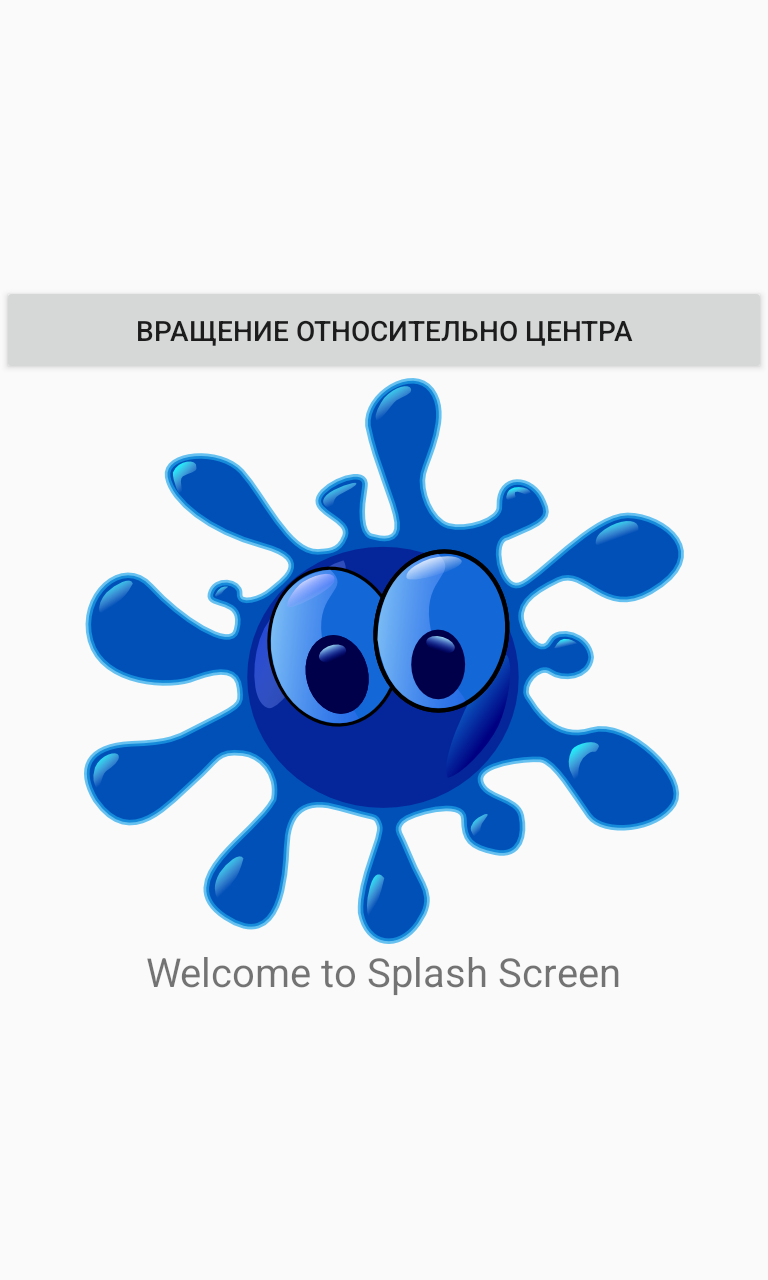
Repository: AlvaroCortez/Assigment1
Layout: SplashScreen/res/layout/activity_main.xml
The author's editor kept a copy of each file at every save. The layout is drawn from the files as they stood at one save, then again after the next save.
It is drawn on a 768 x 1280 px phone screen (xhdpi) without system bars, with theme AppTheme; the app's code is not run.

Above is the layout before, as saved 2014-04-27 18:35:53.

### SplashScreen/res/layout/activity_main.xml
<LinearLayout xmlns:android="http://schemas.android.com/apk/res/android"
    xmlns:tools="http://schemas.android.com/tools"
    android:layout_width="match_parent"
    android:layout_height="match_parent"
    android:gravity="center"
    android:orientation="vertical" >
    <Button
        android:id="@+id/rotatecenter"
        android:layout_width="fill_parent"
        android:layout_height="wrap_content"
        android:text="Вращение относительно центра" />



    <ImageView
        android:layout_width="wrap_content"
        android:layout_height="wrap_content"
        android:contentDescription="@string/app_name"
        android:src="@drawable/splash" >
    </ImageView>

    <TextView
        android:id="@+id/splash_message"
        android:layout_width="wrap_content"
        android:layout_height="wrap_content"
        android:text="@string/splash_message"
        android:textSize="20sp"
        tools:context=".MainActivity" >
    </TextView>

</LinearLayout>

### SplashScreen/res/values/strings.xml
<?xml version="1.0" encoding="utf-8"?>
<resources>
    <string name="app_name">SplashScreen</string>
    <string name="hello_world">Hello world!</string>
    <string name="menu_settings">Settings</string>
    <string name="title_activity_main">MainActivity</string>
    <string name="action_settings">MainActivity</string>
    <string name="title_activity_demo">Splash Screen</string>
    <string name="splash_message">Welcome to Splash Screen</string>
    <string name="demo_message">Home Screen</string>
</resources>

Loaded but not shown: SplashScreen/res/values/styles.xml (common file); SplashScreen/res/values-v11/styles.xml (common file); SplashScreen/res/values-v14/styles.xml (common file)

After the next save:
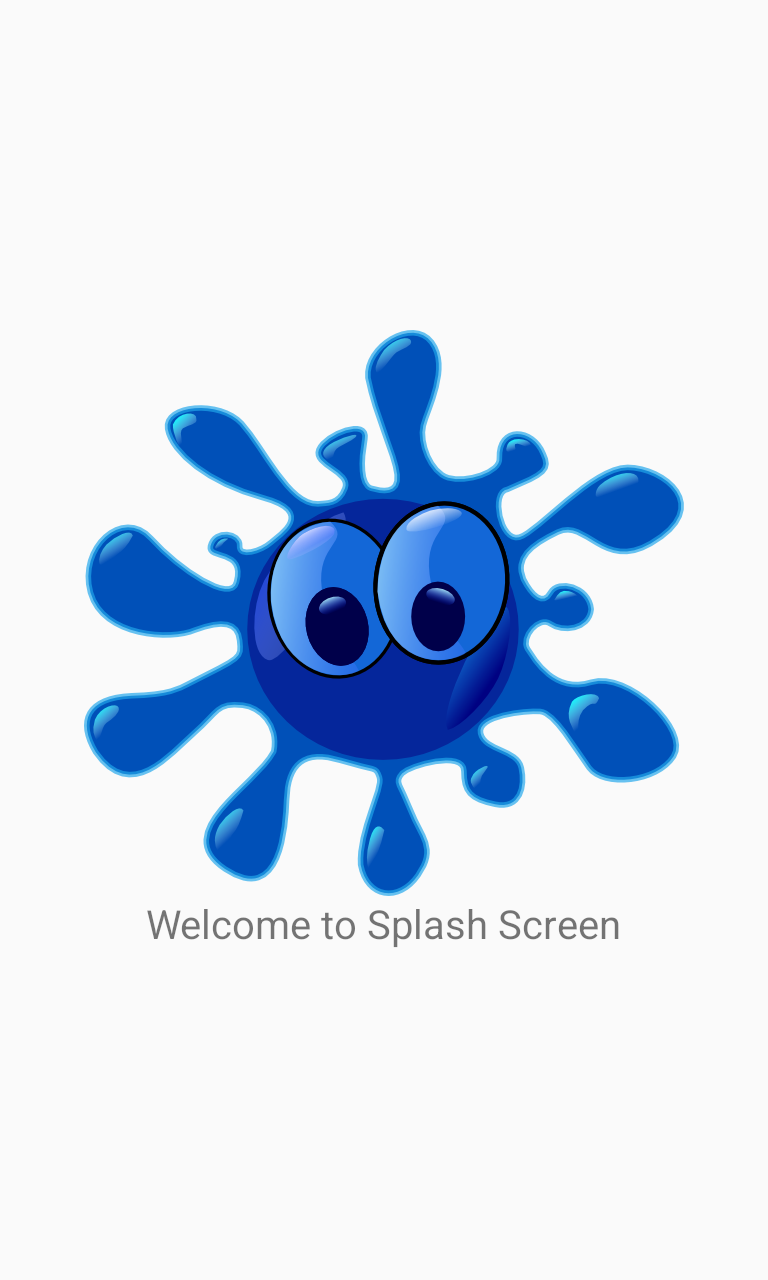
Saved 13 min 44 s later.
--- a/SplashScreen/res/layout/activity_main.xml
+++ b/SplashScreen/res/layout/activity_main.xml
@@ -4,13 +4,6 @@
     android:layout_height="match_parent"
     android:gravity="center"
     android:orientation="vertical" >
-    <Button
-        android:id="@+id/rotatecenter"
-        android:layout_width="fill_parent"
-        android:layout_height="wrap_content"
-        android:text="Вращение относительно центра" />
-
-
 
     <ImageView
         android:layout_width="wrap_content"
